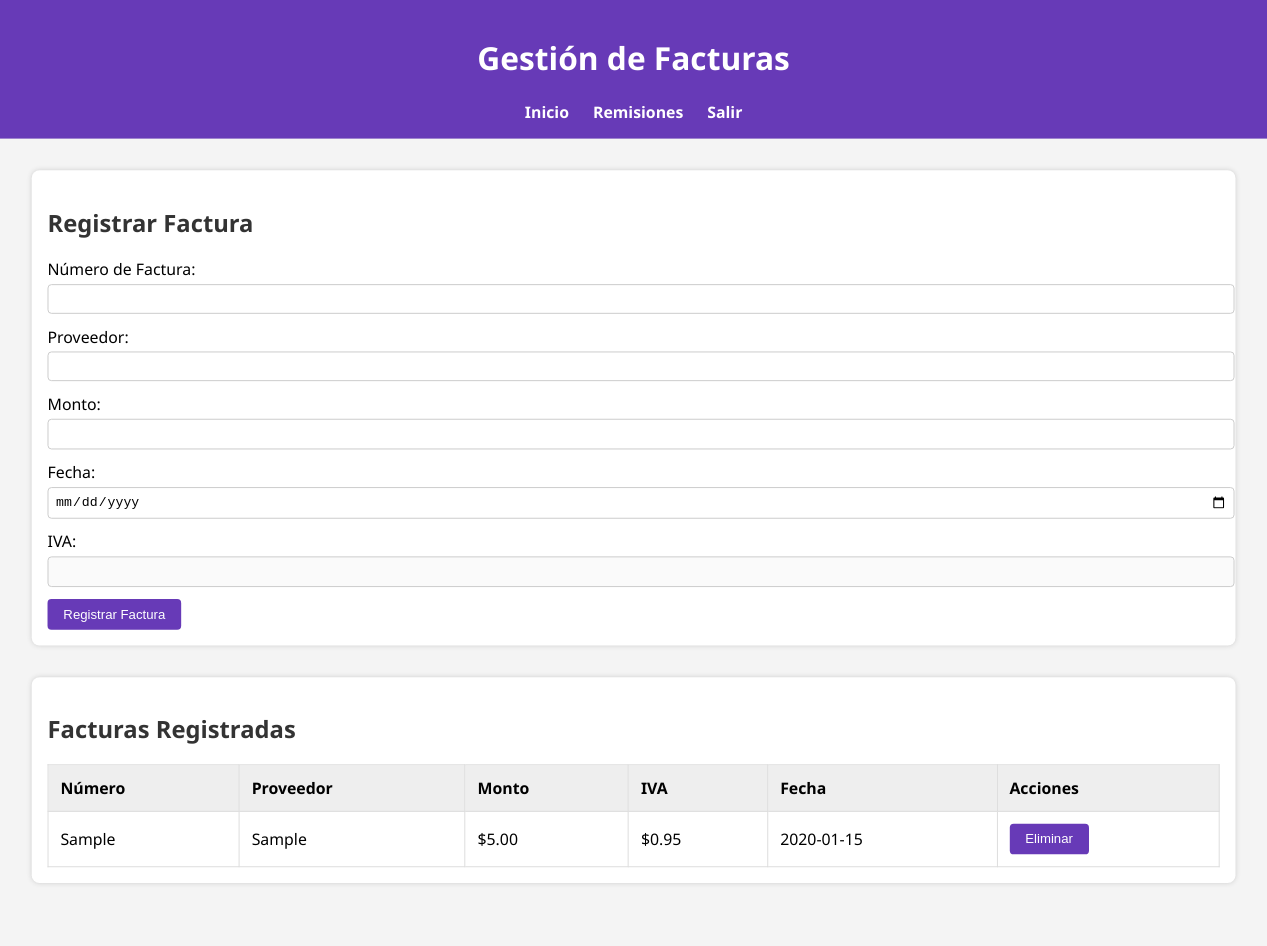
Repository: djkeviin/Mi-primera-chamba
Page: views/facturas.html
The author's editor kept a copy of each file at every save. The page is drawn from the files as they stood at one save, then again after the next save.
The browser window is 1280 px wide. The pictures show the whole page, at 99% of full size.
Empty fields were first filled with sample values (such as "Sample", 5 or name@example.com).
After loading, the first visible `#formFactura` was submitted once.

Above is the page before, as saved 2025-05-01 20:00:49.

After the next save:
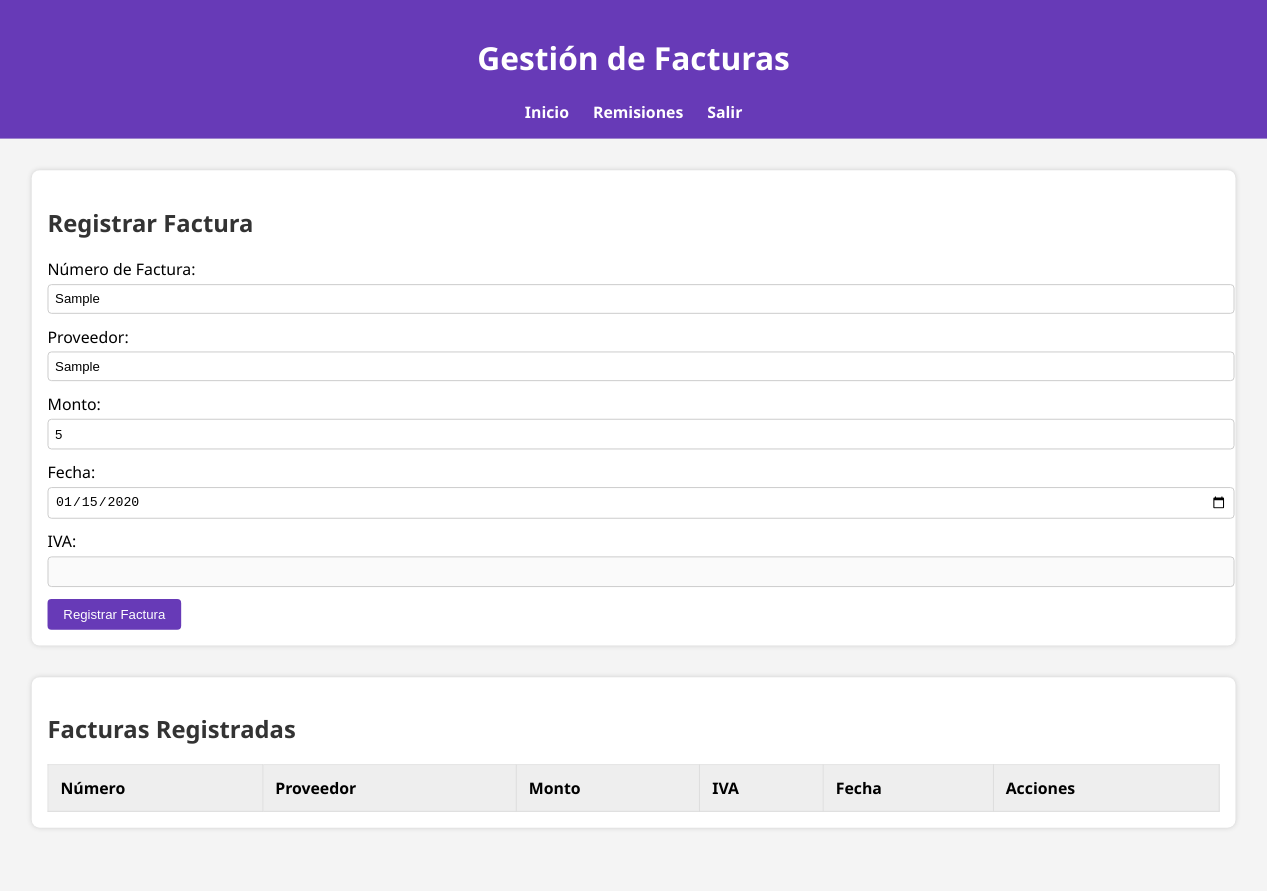
Console error: TypeError: Cannot read properties of undefined (reading 'value')
Saved 2 s later.
--- a/js/facturas.js
+++ b/js/facturas.js
@@ -1,20 +1,16 @@
-document.getElementById("formFactura").addEventListener("submit", function(e) {
+document.getElementById("formFactura").addEventListener("submit", function (e) {
     e.preventDefault();
 
-    const numeroFactura = this.numeroFactura.value;
     const proveedor = this.proveedor.value;
-    const monto = parseFloat(this.monto.value);
-    const fecha = this.fecha.value;
-    const iva = (monto * 0.19).toFixed(2);
+    const importe = this.importe.value;
+    const fecha = this.fechaEmision.value;
 
     const tabla = document.getElementById("tablaFacturas");
     const fila = document.createElement("tr");
 
     fila.innerHTML = `
-      <td>${numeroFactura}</td>
       <td>${proveedor}</td>
-      <td>$${monto.toFixed(2)}</td>
-      <td>$${iva}</td>
+      <td>$${parseFloat(importe).toFixed(2)}</td>
       <td>${fecha}</td>
       <td><button onclick="eliminarFila(this)">Eliminar</button></td>
     `;
@@ -24,6 +20,5 @@ document.getElementById("formFactura").addEventListener("submit", function(e) {
   });
 
   function eliminarFila(btn) {
-    const fila = btn.parentNode.parentNode;
-    fila.remove();
+    btn.closest("tr").remove();
   }
